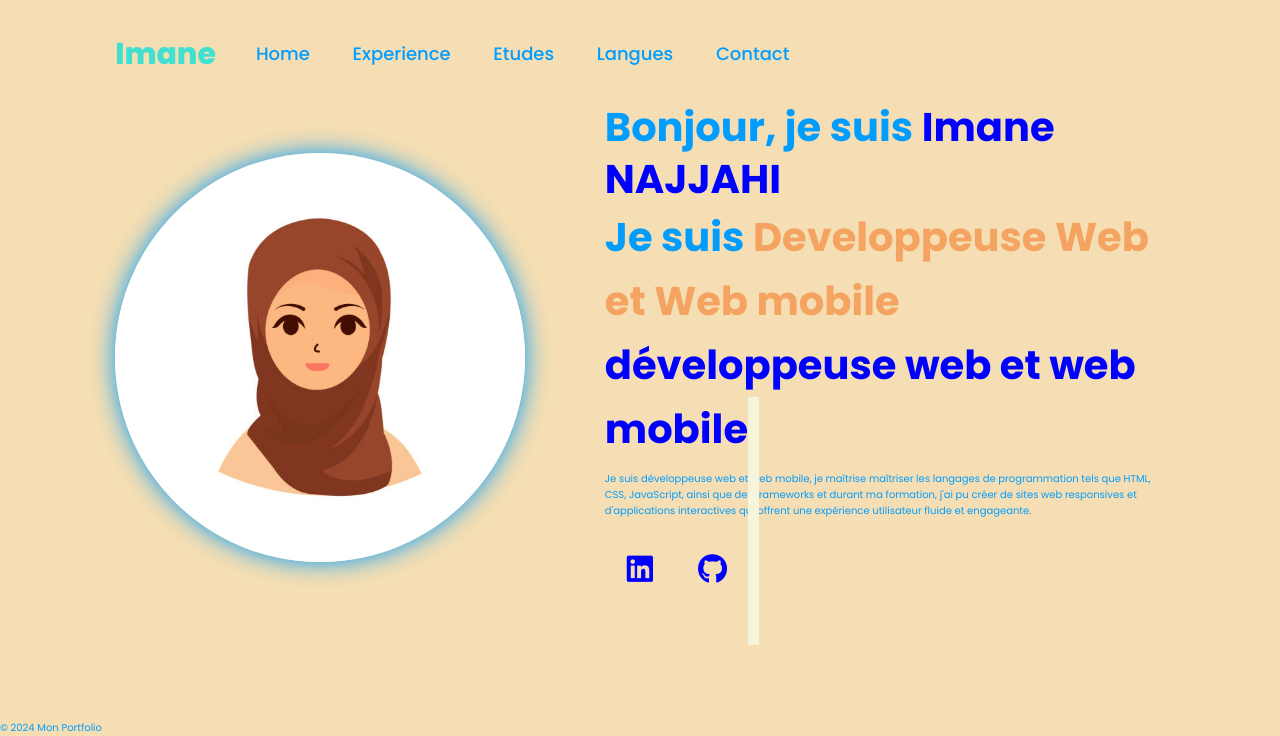
Repository: Najjahi/10mentions_web_back
Page: 02_PHP/portefolio/apropos.html
An editor plug-in stored every save of this project. The page is shown before and after the next save, followed by the edit.
The browser window is 1280 px wide. The pictures show the whole page.
Some web fonts or font styles are not loaded; a fallback is used. Some web libraries are served in a nearby version.

Above is the page before, as saved 2024-12-03 10:42:58.

### 02_PHP/portefolio/apropos.html
<!DOCTYPE html>
<html lang="fr">
<head>
    <meta charset="UTF-8">
    <meta name="viewport" content="width=device-width, initial-scale=1.0">
    <link rel="stylesheet" href=" @import url('https://fonts.googleapis.com/css2?family=Poller+One&family=Poppins:ital,wght@0,100;0,200;0,300;0,400;0,500;0,600;0,700;0,800;0,900;1,100;1,200;1,300;1,400;1,500;1,600;1,700;1,800;1,900&display=swap');
        ">
    <title>Mon Portfolio</title>
    <link rel="stylesheet" href="css/style.css">
</head>
<body>
    <header>
        <a href="#" class="logo">Imane</a>

        <nav>
            <a href="#" class="active">Home</a>
            <a href="#">Experience</a>
            <a href="#">Etudes</a>
            <a href="#">Langues</a>
            <a href="#">Contact</a>
        </nav>
    </header>

    <section class="home">
        <div class="home-img">
            <img src="img/imane.jpg" alt="">
        </div>
        <div class="home-content">
            <h1>Bonjour, je suis <span>Imane NAJJAHI</span></h1>
            <h3 class="typing-text"> Je suis <span> développeuse web et web mobile </span></h3>
            <p> Je suis développeuse web et web mobile, je maîtrise  maîtriser les langages de programmation tels que HTML, CSS, JavaScript, ainsi que des frameworks et durant ma formation, j'ai pu créer de sites web responsives et d'applications interactives qui offrent une expérience utilisateur fluide et engageante.<p>
                <div class="social-icons">
                    <a href="#"> <i class="fa-brands fa-linkedin"></i></a>
                    <a href="#"> <i class="fa-brands fa-github"></i></a>


                </div>
        </div>

    </section>




    <footer>
        <script src="https://kit.fontawesome.com/3fc7a9accd.js" crossorigin="anonymous"></script>
        <p>&copy; 2024 Mon Portfolio</p>
    </footer>
</body>
</html>

### 02_PHP/portefolio/css/style.css
@import url('https://fonts.googleapis.com/css2?family=Poller+One&family=Poppins:ital,wght@0,100;0,200;0,300;0,400;0,500;0,600;0,700;0,800;0,900;1,100;1,200;1,300;1,400;1,500;1,600;1,700;1,800;1,900&display=swap');

*{
    margin: 0;
    padding: 0;
    box-sizing: border-box;
    text-decoration: none;
    border: none;
    outline: none;
    font-family: 'Poppins', sans-serif;
}

html{
    font-size: 62.5%;
}

body{
    width: 100%;
    height: 100vh;
    overflow-x: hidden;
    background-color: wheat;
    color: rgb(0, 157, 255);
    line-height: 1.6;
}

header{
    margin-top: 20px;
    position: fixed;
    top: 0;
    left: 0;
    width: 100;
    padding: 1rem 9%;
    background-color: transparent;
    filter: drop-shadow(10px);
    display: flex;
    justify-content: space-between;
    align-items: center;
    z-index: 100;
    text-align: center;
}

.logo{
    font-size: 3rem;
    color: turquoise;
    font-weight: 800;
    cursor: pointer;
    transition: 0.5s ease;
}

.logo:hover{
    transform: scale(1.1);

}


nav a {
    font-size: 1.8rem;
    color: rgb(0, 157, 255);
    margin-left: 4rem;
    font-weight: 500;
    transition: 0.3s ease;
    border-bottom: 3px solid transparent;

}

nav a:hover,
nav a:active{
    color: turquoise;
    border-bottom: 3px solid turquoise;
}

@media(max-width:995px) {
    nav{
        position: absolute;
        top: 100%;
        right: 0;
        width: 40%;
        border-left: 3px solid turquoise;
        border-bottom: 3px solid turquoise;
        border-bottom-right-radius: 2rem;
        padding: 1rem solid;
        background-color: wheat;
        border-top: 0.1rem solid rgba(0, 0, 0, 0.1);

    }

    nav:active {
        display: block;
    }

    nav a {
        display: block;
        font-size: 2rem;
        margin: 3rem 0;
    }

    nav a:hover,
    nav a:active {
        padding: 1rem;
        border-radius: 0.5rem;
        border-bottom: 0.5rem solid turquoise;

    }
    }
    section {
        min-height: 100vh;
        padding: 5rem 9% 5rem;

    }

    .home {
        display: flex;
        justify-content: center;
        align-items: center;
        gap: 8rem;
        background-color: wheat;
    }
    .home-content h3 {
        font-size: 4rem;
        margin-bottom: 1rem;
        font-weight: 700;
    }
    .home .home-content h1 {
        font-size: 4rem;
        font-weight: 700;
        line-height: 1.3;
    }

    span{
        color: blue;
    }

    .home .home-content h3 {
        font-size: 4rem;
        font-weight: 700;
        margin-bottom: 1rem;
    }


    .home-img {
        border-radius: 50%;
    }
    .home-img img{
        position: relative;
        width: 32vw;
        border-radius: 50%;
        box-shadow: 0 0 25px;
        cursor: pointer;
        transition: 0.2s linear;

    }
    .home-img img-hover {
        font-size: 1.8rem;
        font-weight: 500;
    }

    .social-icons a{
        display: inline-flex;
        justify-content: center;
        align-items: center;
        width: 4rem;
        height: 4rem;
        background-color: transparent;
        border: 0.2rem;
        font-size: 3rem;
        border-radius: 50%;
        margin: 3rem 1.5rem 3rem;
        transition: 0.3s ease;
        color: blue;
    }
    .social-icons a:hover{
        color: wheat;
        transform: scale(1.3) translateY(-5px) ;
        background-color:  rgb(0, 157, 255);
        box-shadow: 0 0 25px aqua;
    }

    .btn{
        display: inline-block;
        padding: 1rem 2.8rem;
        background-color: beige;
        border-radius: 4rem;
        font-size: 1.6rem;
        color: aqua;
        letter-spacing: 0.3rem;
        font-weight: 600;
        border: 2px solid aqua;
        transition: 0.3s ease;
        cursor: pointer;
    }

    .btn:hover{
        transform: scale3d(1.03);
        background-color: blue;
        color: beige;
        box-shadow: 0 0 25px aqua;
    }
    .typing-text{
        font-size: 34px;
        font-weight: 600;
        min-width: 280px;
    }

    .typing-text span{
        position: relative;
    }

    .typing-text span::before{
        content: "Developpeuse Web et Web mobile";
        color: sandybrown;
        animation: words 20s infinite;
    }
    .typing-text span::after{
        content: "";
        background-color: beige;
        position: absolute;
        width: calc(100% + 8px);
        height: 100%;
        border-left: 3px solid beige;
        right: -8;
        animation: cursor 0.6s infinite
    }
    @keyframes cursor {
        to{
            border-left: ;
        }

    }

After the next save:
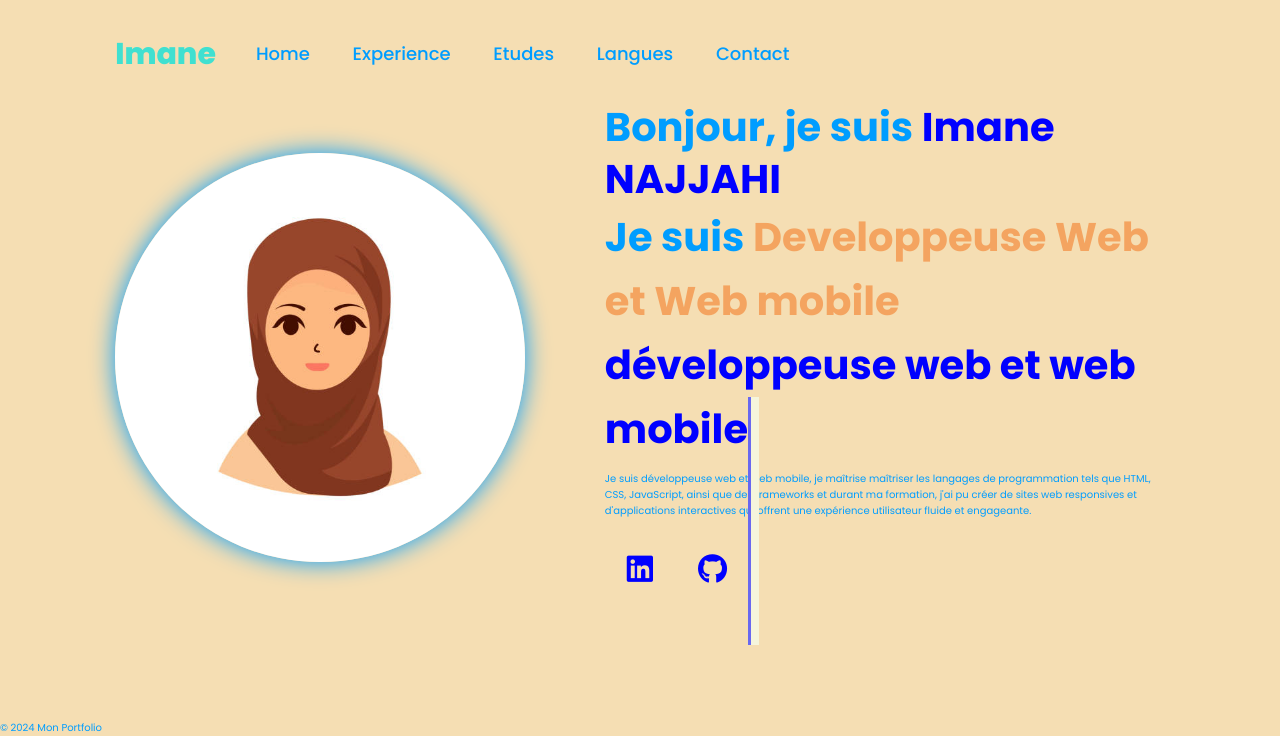
Saved 5 s later.
--- a/02_PHP/portefolio/css/style.css
+++ b/02_PHP/portefolio/css/style.css
@@ -222,7 +222,7 @@
     }
     @keyframes cursor {
         to{
-            border-left: ;
+            border-left: 3px solid ;
         }
 
     }

After the 2 saves that followed:
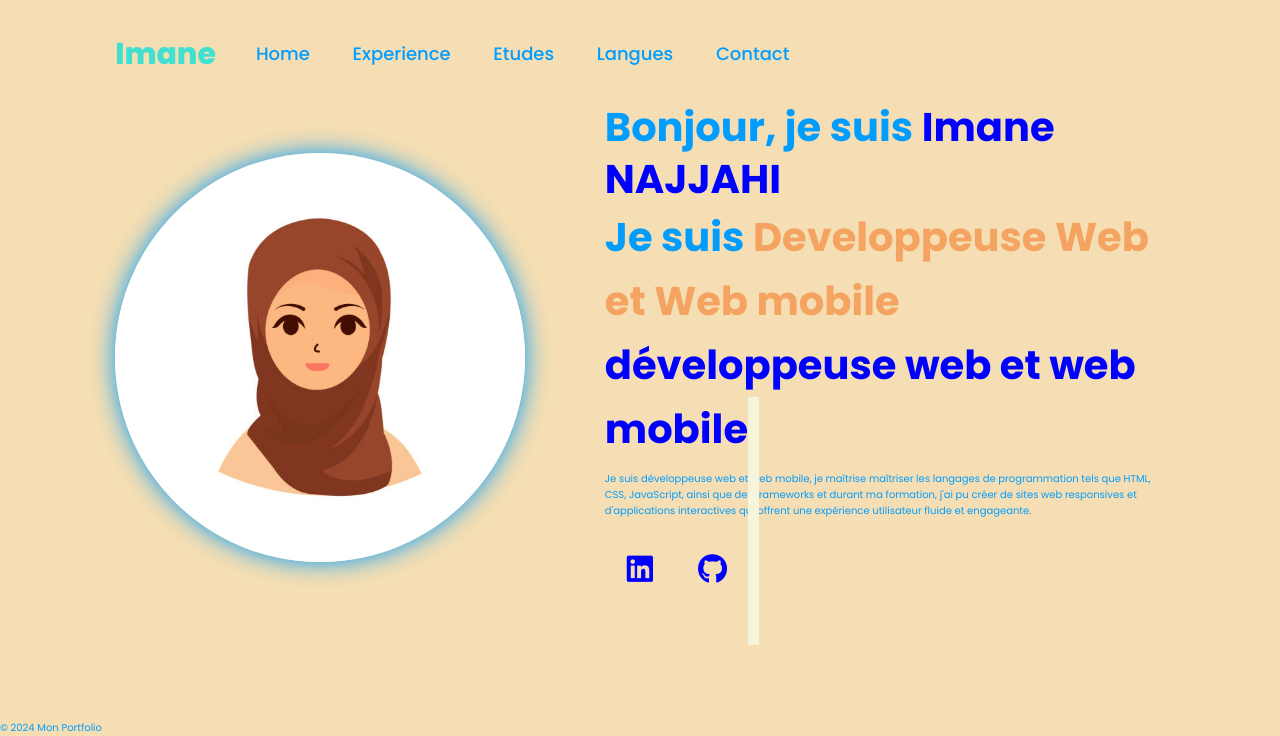
The 2 saves are shown as one change because they came seconds apart.
The last was saved 8 s later.
--- a/02_PHP/portefolio/css/style.css
+++ b/02_PHP/portefolio/css/style.css
@@ -222,7 +222,7 @@
     }
     @keyframes cursor {
         to{
-            border-left: 3px solid ;
+            border-left: 3px solid beige;
         }
 
     }
